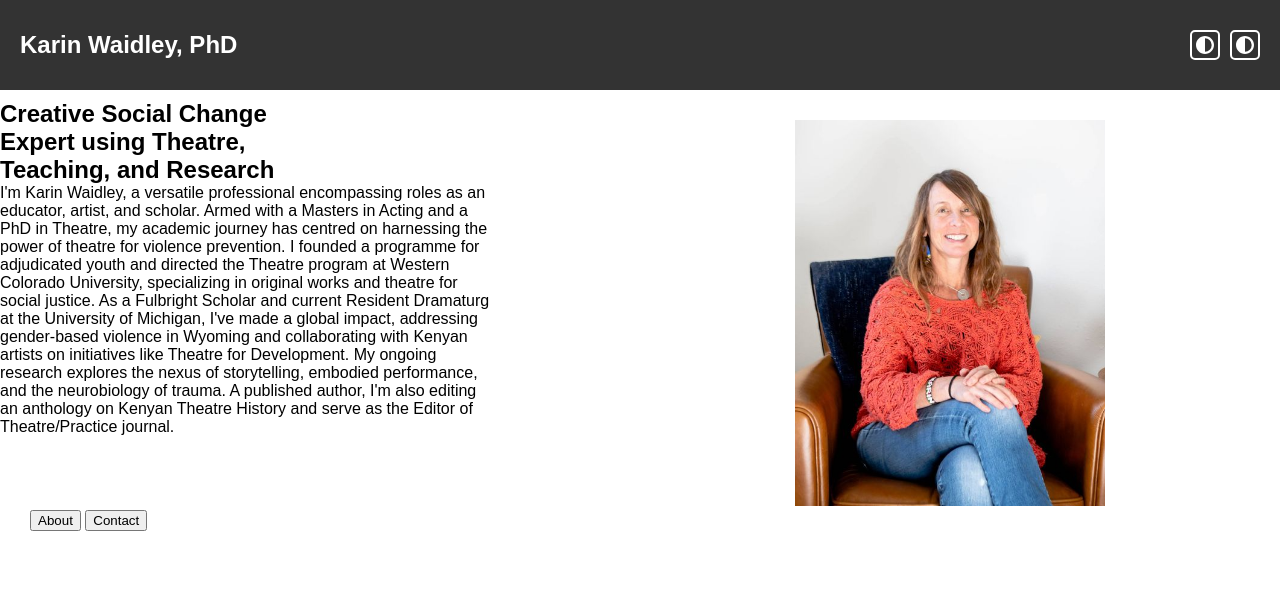
Repository: Ceasor7/Karin
Page: index.html
An editor plug-in stored every save of this project. The page is shown before and after the next save, followed by the edit.
The browser window is 1280 px wide. The pictures show the whole page.

Above is the page before, as saved 2023-12-14 13:39:26.

### index.html
<!DOCTYPE html>
<html lang="en">

<head>
    <meta charset="UTF-8">
    <meta name="viewport" content="width=device-width, initial-scale=1.0">
    <title>Karin Waidley, PhD | Home</title>
    <style>
        /* Resetting some default styles for better consistency */
        body,
        h1,
        h2,
        h3,
        p,
        ul,
        li {
            margin: 0;
            padding: 0;
            list-style: none;
        }

        /* Global styles */
        body {
            font-family: Arial, sans-serif;
        }

        /* Navbar styles */
        header {
            background-color: #333;
            color: white;
            padding: 10px 0;
        }

        .navbar {
            display: flex;
            justify-content: space-between;
            align-items: center;
            padding: 20px;
        }

        .navbar-logo {
            font-size: 1.5em;
            font-weight: bold;
        }

        .navbar-icons {
            display: flex;
            gap: 10px;
        }

        .dark-mode-toggle {
            color: var(--secondary-color);
            border: 2px solid currentColor;
            padding: 4px;
            background: transparent;
            cursor: pointer;
            border-radius: 5px;
            width: 30px;
            height: 30px;
        }

        /* Main content styles */
        section {
            margin-top: 20px;
        }

        /* Contact form styles */
        form {
            max-width: 600px;
            margin: 0 auto;
        }

        label {
            display: block;
            margin-bottom: 8px;
        }

        input,
        textarea,
        select {
            width: 100%;
            padding: 8px;
            margin-bottom: 16px;
            box-sizing: border-box;
        }

        /* New section styles */
        .image-section {
            text-align: center;
            margin-top: 20px;
        }

        .image-section img {
            max-width: 50%;
            height: auto;
        }

        /* Add this CSS to make the two divs beside each other */
        .flex-container {
            display: flex;
            justify-content: space-between;
            margin-top: 10px;
        }

        .flex-container>div {
            flex: 1;
            margin-right: 20px;
        }

        /* Home */
        .home-details {
            text-align: left;
            margin-right: 20px;
        }

        .home-details p {
            width: 80%;
        }

        .home-buttons {
            margin-left: 30px;

        }

        /* Home */
    </style>
</head>

<body>
    <header>
        <div class="navbar">
            <div class="navbar-logo">Karin Waidley, PhD</div>
            <div class="navbar-icons">
                <button id="dark-mode-toggle" class="dark-mode-toggle">
                    <svg width="100%" xmlns="http://www.w3.org/2000/svg" viewBox="0 0 496 496">
                        <path fill="currentColor"
                            d="M8,256C8,393,119,504,256,504S504,393,504,256,393,8,256,8,8,119,8,256ZM256,440V72a184,184,0,0,1,0,368Z"
                            transform="translate(-8 -8)" />
                    </svg>
                </button>
                <button id="dark-mode-toggle" class="dark-mode-toggle">
                    <svg width="100%" xmlns="http://www.w3.org/2000/svg" viewBox="0 0 496 496">
                        <path fill="currentColor"
                            d="M8,256C8,393,119,504,256,504S504,393,504,256,393,8,256,8,8,119,8,256ZM256,440V72a184,184,0,0,1,0,368Z"
                            transform="translate(-8 -8)" />
                    </svg>
                </button>
            </div>
        </div>
    </header>
    <div class="flex-container">
        <div class="home-details">
            <h2>Creative Social Change<br> Expert using Theatre, <br>Teaching, and Research</h2>
            <p>I'm Karin Waidley, a versatile professional encompassing roles as an educator, artist, and scholar. Armed
                with a Masters in Acting and a PhD in Theatre, my academic journey has centred on harnessing the power
                of theatre for violence prevention. I founded a programme for adjudicated youth and directed the Theatre
                program at Western Colorado University, specializing in original works and theatre for social justice.
                As a Fulbright Scholar and current Resident Dramaturg at the University of Michigan, I've made a global
                impact, addressing gender-based violence in Wyoming and collaborating with Kenyan artists on initiatives
                like Theatre for Development. My ongoing research explores the nexus of storytelling, embodied
                performance, and the neurobiology of trauma. A published author, I'm also editing an anthology on Kenyan
                Theatre History and serve as the Editor of Theatre/Practice journal.</p>
        </div>
        <!-- New section with image -->
        <div class="image-section">
            <img src="images/Karin.jpeg" alt="Karin Waidley">
        </div>
    </div>
    <div class="home-buttons">
        <button class="homeRedirect-buttons">About</button>
        <button class="homeRedirect-buttons">Contact</button>
    </div>
</body>

</html>

After the next save:
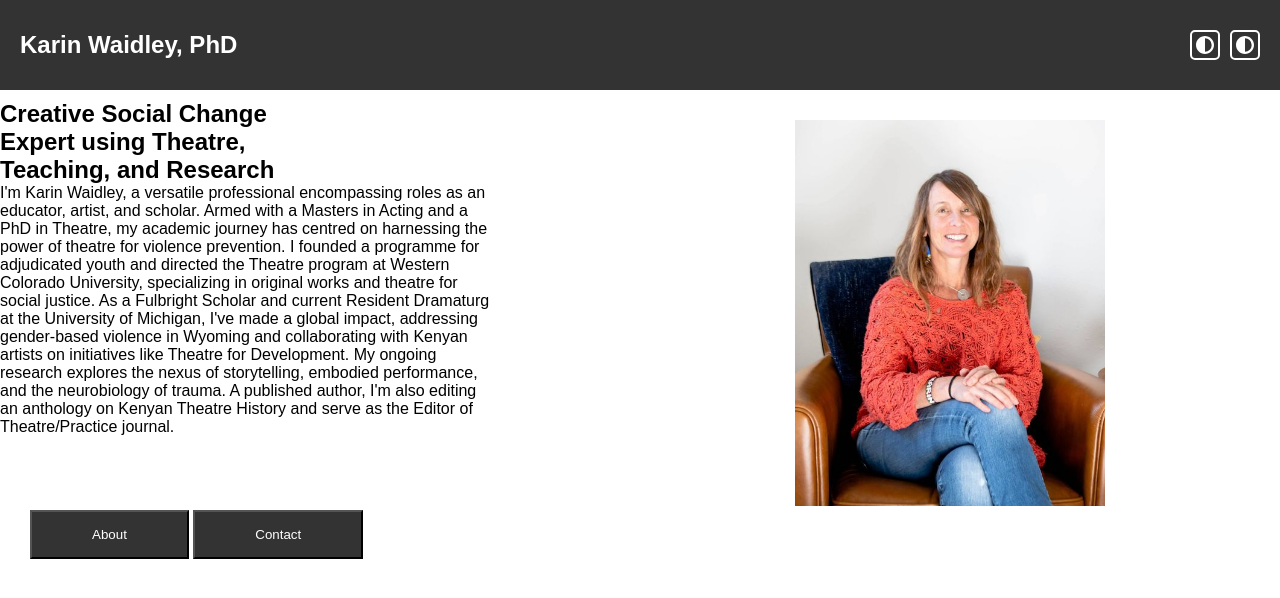
Saved 64 s later.
--- a/index.html
+++ b/index.html
@@ -119,7 +119,14 @@
 
         .home-buttons {
             margin-left: 30px;
+        }
 
+        .homeRedirect-buttons {
+            padding: 15px;
+            background-color: #333;
+            color: white;
+            padding-left: 60px;
+            padding-right: 60px;
         }
 
         /* Home */
